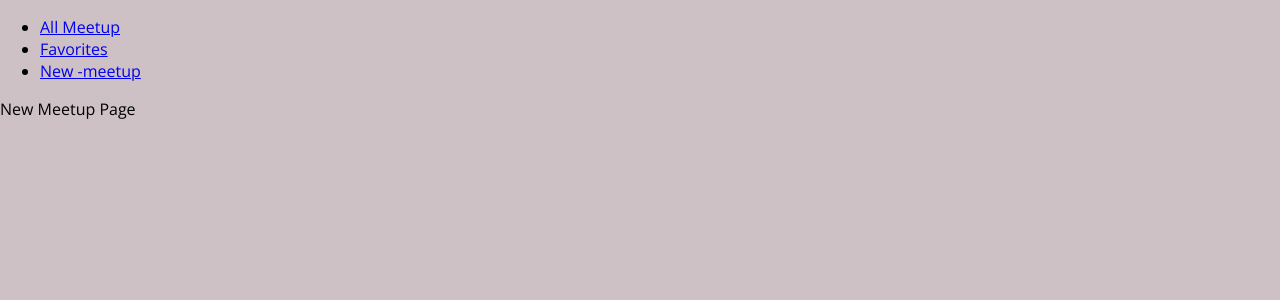
Repository: WaiMaungMaung/second
Page: /new-meetup
An editor plug-in stored every save of this project. The page is shown before and after the next save, followed by the edit.
The browser window is 1280 px wide. The pictures show the whole page.
The project was rebuilt for these pictures with package versions that can differ from the ones it lists, and the page was loaded fresh each time. A package was used in the major version that the imports need, not the one package.json lists. Also part of the build but not shown: src/pages/AllMeetups.js. Imported but missing from the stored project, and not drawn on this page: src/components/meetups/MeetupList, src/pages/Favorites.

Above is the page before, as saved 2022-04-19 13:12:51.

After the next save:
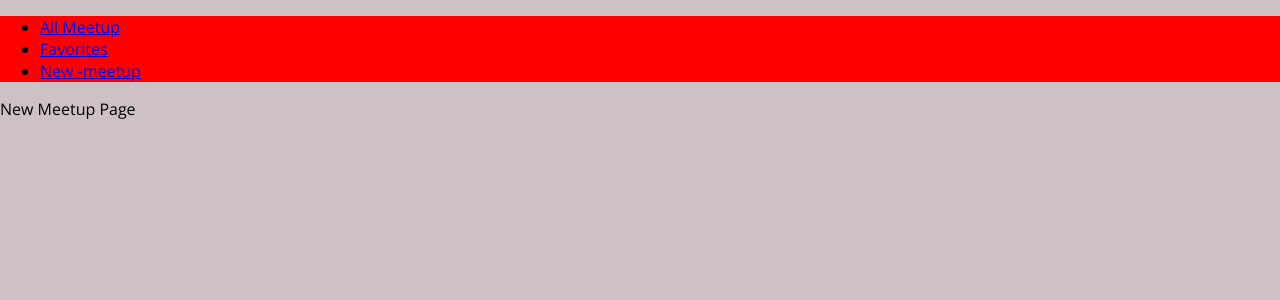
Saved 10 s later.
--- a/src/components/layout/MainNavigation.module.css
+++ b/src/components/layout/MainNavigation.module.css
@@ -1,3 +1,3 @@
-test {
+header {
   background-color: red;
 }

After the save that followed:
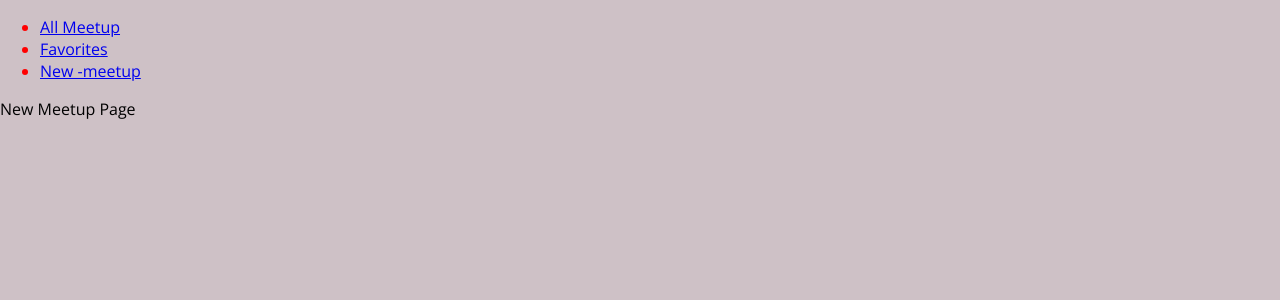
Saved 95 s later.
--- a/src/components/layout/MainNavigation.module.css
+++ b/src/components/layout/MainNavigation.module.css
@@ -1,3 +1,3 @@
 header {
-  background-color: red;
+  color: red;
 }
